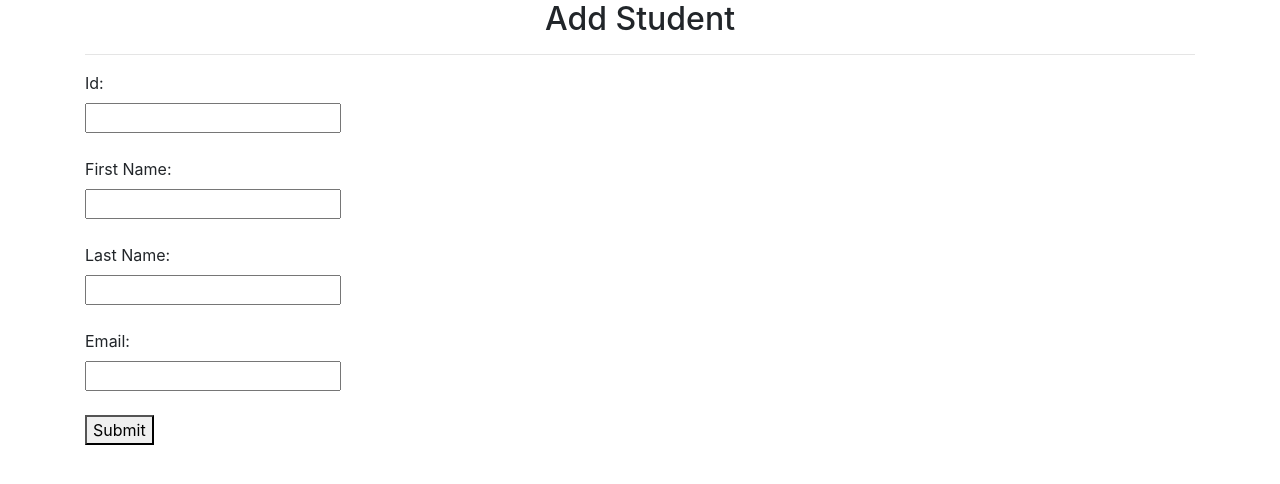
Repository: manvendra-24/jsp-servlets
Page: http://localhost/12-student-mvc-db/add-student.jsp
These files come from the project's save history. The page is drawn as it stood at one moment and after the next save; the edit follows.
The browser window is 1280 px wide. The pictures show the whole page.
The page is served by Tomcat 9.

Above is the page before, as saved 2024-07-17 08:05:47.

After the next save:
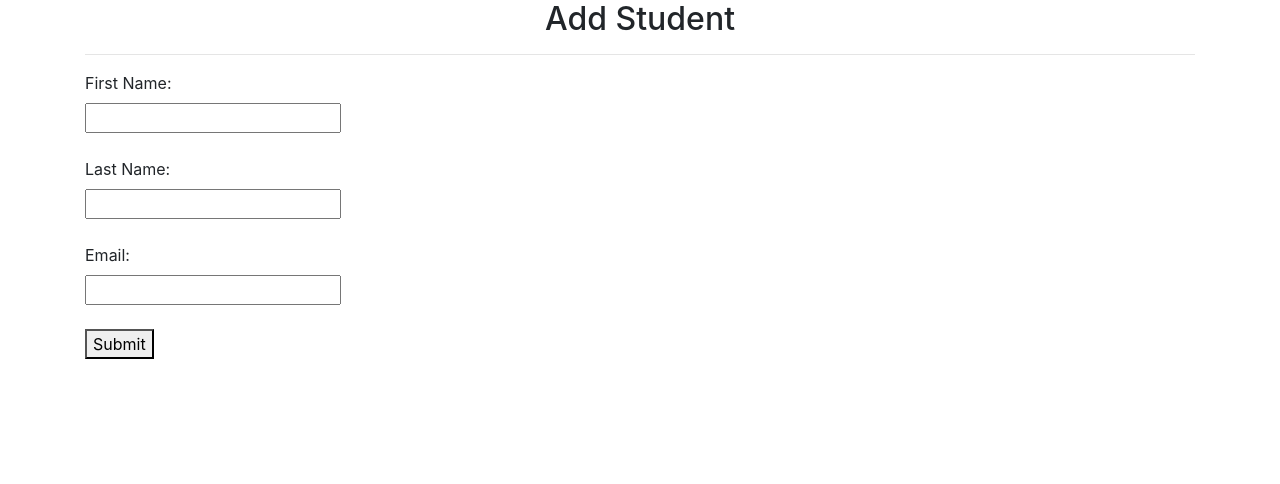
Saved 84 s later.
--- a/12-student-mvc-db/WebContent/add-student.jsp
+++ b/12-student-mvc-db/WebContent/add-student.jsp
@@ -17,9 +17,6 @@
 		<form action="student" method="get">
 			<input type="hidden" name="command" value="add"/>
 
-			<label for="id">Id:</label><br>
-			<input type="text" id="id" name="id" required><br><br>
-
 	        <label for="first_name">First Name:</label><br>
 	        <input type="text" id="first_name" name="first_name" required><br><br>
 
